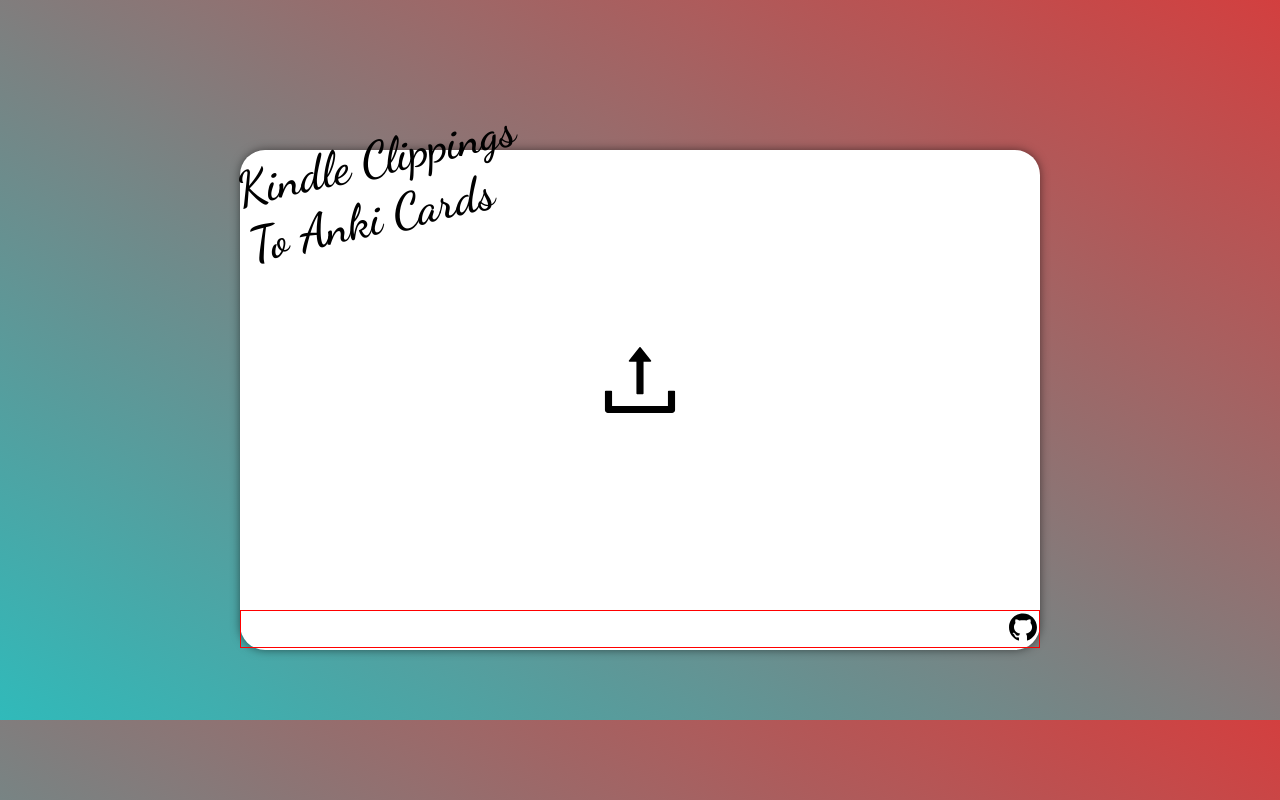
Repository: Lewisjohnward/kindle-clippings-to-cards
Page: /
These files come from the project's save history. The page is drawn as it stood at one moment and after the next save; the edit follows.
The browser window is 1280 px wide. The pictures show the whole page.
Backgrounds fixed to the window are drawn as part of the page. The project was rebuilt for these pictures with package versions that can differ from the ones it lists, and the page was loaded fresh each time.

Above is the page before, as saved 2021-10-29 13:05:22.

### public/index.html
<!DOCTYPE html>
<html lang="en">
  <head>
    <meta charset="utf-8" />
    <link rel="icon" href="%PUBLIC_URL%/favicon.ico" />
    <meta name="viewport" content="width=device-width, initial-scale=1" />
    <meta name="theme-color" content="#000000" />
    <meta
      name="description"
      content="Web site created using create-react-app"
    />
    <link rel="apple-touch-icon" href="%PUBLIC_URL%/logo192.png" />
    <!--
      manifest.json provides metadata used when your web app is installed on a
      user's mobile device or desktop. See https://developers.google.com/web/fundamentals/web-app-manifest/
    -->
    <link rel="manifest" href="%PUBLIC_URL%/manifest.json" />
    <link rel="preconnect" href="https://fonts.googleapis.com">
<link rel="preconnect" href="https://fonts.gstatic.com" crossorigin>
<link href="https://fonts.googleapis.com/css2?family=Dancing+Script:wght@600&display=swap" rel="stylesheet">
    <!--
      Notice the use of %PUBLIC_URL% in the tags above.
      It will be replaced with the URL of the `public` folder during the build.
      Only files inside the `public` folder can be referenced from the HTML.

      Unlike "/favicon.ico" or "favicon.ico", "%PUBLIC_URL%/favicon.ico" will
      work correctly both with client-side routing and a non-root public URL.
      Learn how to configure a non-root public URL by running `npm run build`.
    -->
    <title>React App</title>
  </head>
  <body>
    <noscript>You need to enable JavaScript to run this app.</noscript>
    <div id="root"></div>
    <!--
      This HTML file is a template.
      If you open it directly in the browser, you will see an empty page.

      You can add webfonts, meta tags, or analytics to this file.
      The build step will place the bundled scripts into the <body> tag.

      To begin the development, run `npm start` or `yarn start`.
      To create a production bundle, use `npm run build` or `yarn build`.
    -->
  </body>
</html>

### src/index.js
import React from "react"
import ReactDOM from "react-dom"
import App from "./App"
ReactDOM.render(<App />, document.getElementById('root'))

### src/App.js
import { useRef } from "react";
import styled, { createGlobalStyle } from "styled-components";
import { AiOutlineUpload, AiFillGithub } from "react-icons/ai";

const GlobalStyle = createGlobalStyle`
body,
html {
  height: 100%;
}
    body{
        height: 100%;
        margin: 0;
        padding: 0;
        background-repeat: no-repeat;
        background-attachment: fixed;
        background-image: linear-gradient(
            30deg,
            rgb(48, 186, 186),
            rgb(211, 63, 63)
        );

    }
`;

const Frame = styled.div`
  display: flex;
  align-items: center;
  justify-content: center;
  height: 800px;
`;

const MainContainer = styled.div`
  position: relative;
  width: 800px;
  height: 500px;
  border-radius: 25px;
  background: white;
  box-shadow: 0px 0px 10px 0px rgba(0, 0, 0, 0.5);
`;
const TitleContainer = styled.div`
  position: absolute;
  top: -4%;
  transform: rotate(-13deg);
  font-family: "Dancing Script", cursive;
  font-size: 3rem;
`;
const Title = styled.p`
  margin: 0;
  padding: 0;
`;

const CenterContainer = styled.div`
  display: flex;
  justify-content: center;
  align-items: center;
  height: 92%;
`;

const UploadIcon = styled(AiOutlineUpload)`
  font-size: 6em;
  color: black;
  cursor: pointer;

  &:hover {
    transform: scale(1.05);
    text-shadow: 0px 0px 10px rgba(0, 0, 0, 0.2);
  }
`;

const ExternalLinkContainer = styled.div`
  text-align: right;;
  border: 1px solid red;
`

const GithubIcon = styled(AiFillGithub)`
  font-size: 2em;
  color: black;
  cursor: pointer;

  &:hover {
    transform: scale(1.05);
    text-shadow: 0px 0px 10px rgba(0, 0, 0, 0.2);
  }
`;

const Input = styled.input.attrs({
  type: "file",
})`
  display: none;
`;

const App = () => {
  const inputFile = useRef(null);

  const onButtonClick = () => {
    // `current` points to the mounted file input element
    inputFile.current.click();
  };

  return (
    <>
      <GlobalStyle />
      <Frame>
        <MainContainer>
          <TitleContainer>
            <Title>Kindle Clippings</Title>
            <Title>To Anki Cards</Title>
          </TitleContainer>
          <CenterContainer>
            <UploadIcon onClick={onButtonClick} />
            <Input ref={inputFile} />
          </CenterContainer>
          <ExternalLinkContainer>
            <GithubIcon />
          </ExternalLinkContainer>
        </MainContainer>
      </Frame>
    </>
  );
};

export default App;

After the next save:
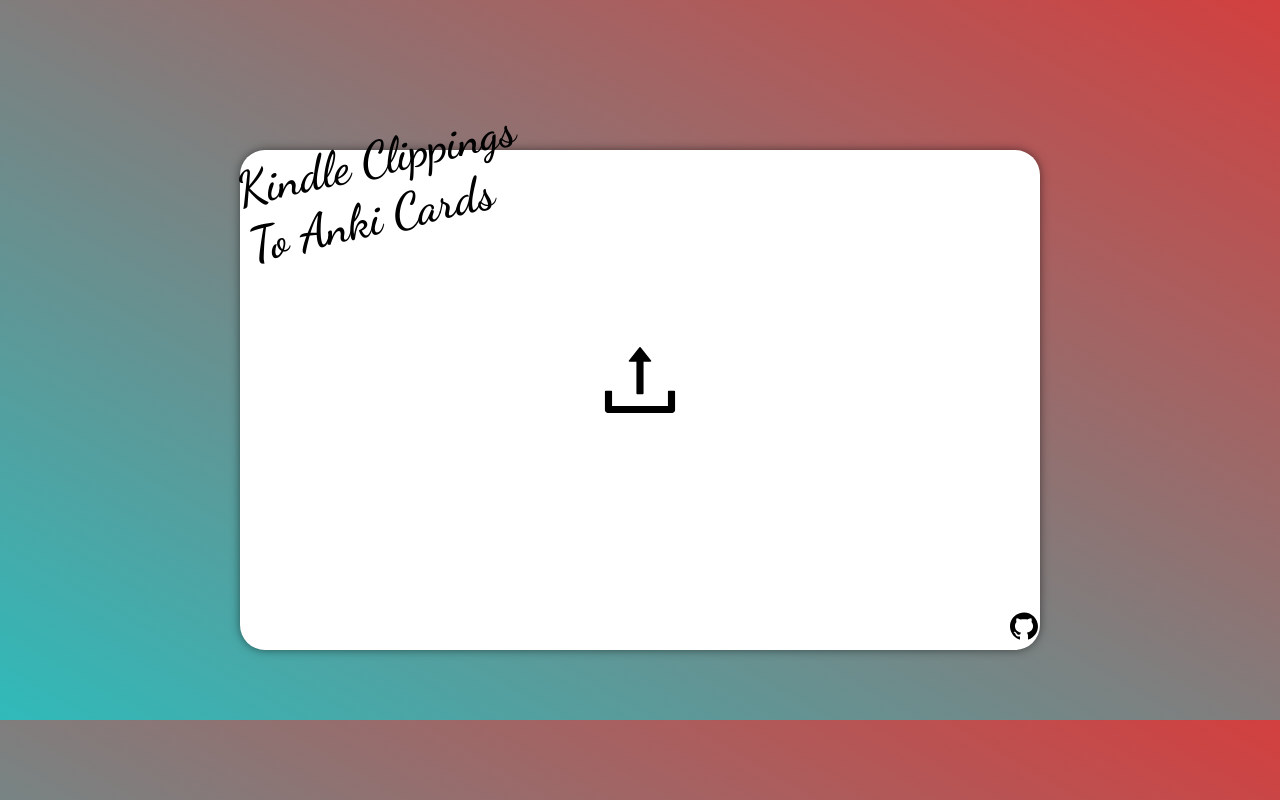
Saved 12 s later.
--- a/src/App.js
+++ b/src/App.js
@@ -68,8 +68,7 @@
 `;
 
 const ExternalLinkContainer = styled.div`
-  text-align: right;;
-  border: 1px solid red;
+  text-align: right;
 `
 
 const GithubIcon = styled(AiFillGithub)`
